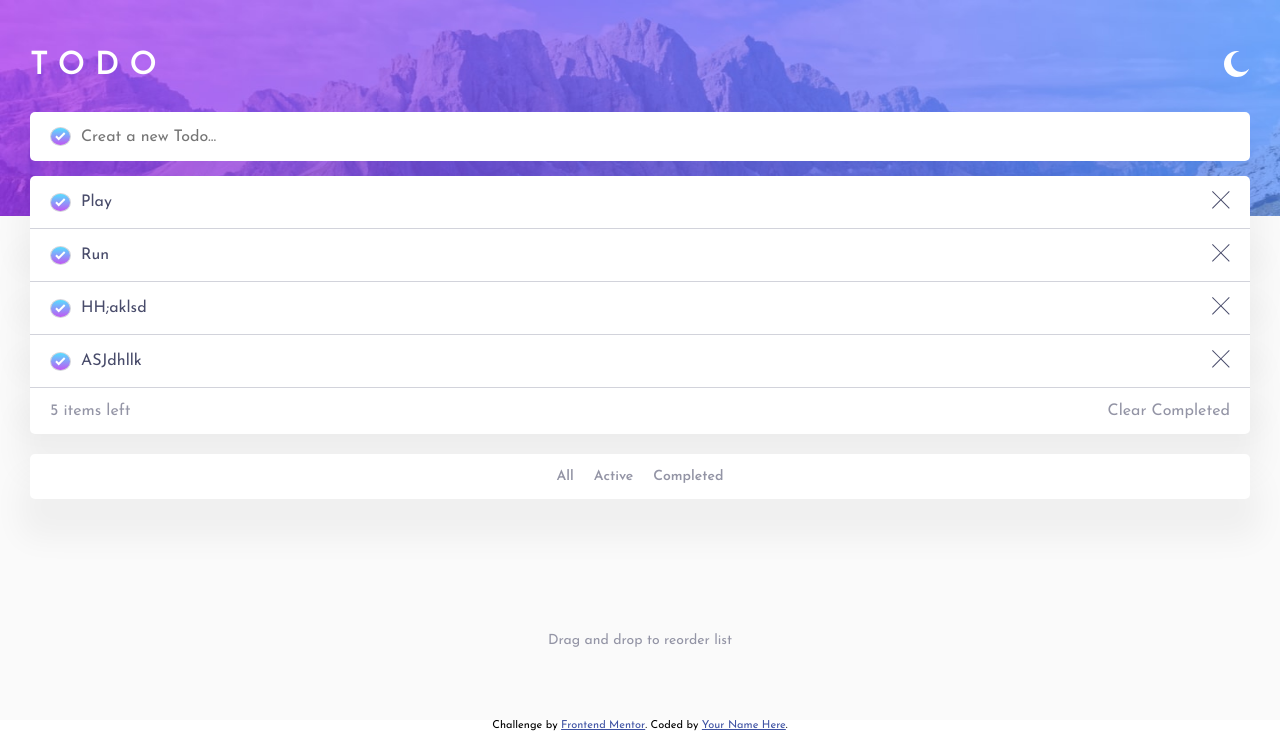
Repository: Baraajad231/Todo-app
Page: /
The author's editor kept a copy of each file at every save. The page is drawn from the files as they stood at one save, then again after the next save.
The browser window is 1280 px wide. The pictures show the whole page.
The project was rebuilt for these pictures with package versions that can differ from the ones it lists, and the page was loaded fresh each time. Also part of the build but not shown: vite.config.js.

Above is the page before, as saved 2025-12-30 13:32:53.

### index.html
<!DOCTYPE html>
<html lang="en" data-theme="light">
  <head>
    <meta charset="UTF-8" />
    <meta name="viewport" content="width=device-width, initial-scale=1.0" />
    <!-- displays site properly based on user's device -->

    <link
      rel="icon"
      type="image/png"
      sizes="32x32"
      href="./images/favicon-32x32.png"
    />

    <title>Frontend Mentor | Todo app</title>

    <!-- Feel free to remove these styles or customise in your own stylesheet 👍 -->
    <style>
      .attribution {
        font-size: 11px;
        text-align: center;
      }
      .attribution a {
        color: hsl(228, 45%, 44%);
      }
    </style>

    <link rel="preconnect" href="https://fonts.googleapis.com" />
    <link rel="preconnect" href="https://fonts.gstatic.com" crossorigin />
    <link
      href="https://fonts.googleapis.com/css2?family=Josefin+Sans:ital,wght@0,100..700;1,100..700&display=swap"
      rel="stylesheet"
    />

    <link rel="stylesheet" href="./styles/style.scss" />
  </head>
  <body>
    <div class="container">
      <picture class="background-Wrapper">
        <source
          media="(min-width:465px)"
          srcset="images/bg-desktop-light.jpg"
        />
        <img
          src="images/bg-mobile-light.jpg"
          alt="bg-mobile-light"
          class="background background-light"
        />
      </picture>

      <div class="todo">
        <div class="todo__header">
          <h1 class="todo__title">TODO</h1>
          <button class="todo__theme button">
            <img src="images/icon-moon.svg" alt="moon icon" />
          </button>
        </div>
        <ul class="todo__list">
          <li class="todo__list__row todo__list__row-input">
            <button class="checkbox button">
              <img
                src="./images/icon-check.svg"
                alt="check"
                class="checkbox__icon"
              />
            </button>
            <input
              type="text"
              placeholder="Creat a new Todo..."
              class="todo__list__input"
            />
          </li>

          <li class="todo__list__row">
            <button class="checkbox button">
              <img
                src="./images/icon-check.svg"
                alt="check"
                class="checkbox__icon"
              />
            </button>
            <span class="todo__list__task">Play</span>
            <button class="remove-btn button">
              <img src="./images/icon-cross.svg" alt="" class="remove-icon" />
            </button>
          </li>
          <li class="todo__list__row">
            <button class="checkbox button">
              <img
                src="./images/icon-check.svg"
                alt="check"
                class="checkbox__icon"
              />
            </button>
            <span class="todo__list__task">Run</span>
            <button class="remove-btn button">
              <img src="./images/icon-cross.svg" alt="" class="remove-icon" />
            </button>
          </li>
          <li class="todo__list__row">
            <button class="checkbox button">
              <img
                src="./images/icon-check.svg"
                alt="check"
                class="checkbox__icon"
              />
            </button>
            <span class="todo__list__task">HH;aklsd</span>
            <button class="remove-btn button">
              <img src="./images/icon-cross.svg" alt="" class="remove-icon" />
            </button>
          </li>
          <li class="todo__list__row">
            <button class="checkbox button">
              <img
                src="./images/icon-check.svg"
                alt="check"
                class="checkbox__icon"
              />
            </button>
            <span class="todo__list__task">ASJdhllk</span>
            <button class="remove-btn button">
              <img src="./images/icon-cross.svg" alt="" class="remove-icon" />
            </button>
          </li>
          <li class="todo__list__row todo__list__row--meta">
            <div class="todo__items-left">
              <span class="todo__items-count">5</span>
              <span class="todo__items-text">items left</span>
            </div>

            <button class="todo__list-clear button">Clear Completed</button>
          </li>

          <li class="todo__list__row todo__list__row--filter">
            <button class="todo__list-all button button-filter">All</button>
            <button class="todo__list-active button button-filter">
              Active
            </button>
            <button class="todo__list-completed button button-filter">
              Completed
            </button>
          </li>
        </ul>
      </div>
    </div>
    <p class="note">Drag and drop to reorder list</p>

    <div class="attribution">
      Challenge by
      <a href="https://www.frontendmentor.io?ref=challenge" target="_blank"
        >Frontend Mentor</a
      >. Coded by <a href="#">Your Name Here</a>.
    </div>
  </body>
</html>

### styles/style.scss
/*variables*/
:root {
  /* ===== Brand / Primary ===== */
  --color-primary: hsl(220, 98%, 61%);

  --gradient-check: linear-gradient(hsl(192, 100%, 67%), hsl(280, 87%, 65%));

  /* ===== Typography ===== */
  --font-family-base: "Josefin Sans", sans-serif;
  --font-size-base: 16px;
  --font-weight-regular: 400;
  --font-weight-bold: 700;
}

:root[data-theme="light"] {
  --color-bg: hsl(0, 0%, 98%);
  --color-surface: #ffffff;

  --color-text-primary: hsl(235, 19%, 35%);
  --color-text-secondary: hsl(236, 9%, 61%);

  --color-border: hsl(233, 11%, 84%);
  --color-completed: hsl(234, 39%, 85%);
}

:root[data-theme="dark"] {
  --color-bg: hsl(235, 21%, 11%);
  --color-surface: hsl(235, 24%, 19%);

  --color-text-primary: hsl(234, 39%, 85%);
  --color-text-secondary: hsl(236, 9%, 61%);

  --color-border: hsl(237, 14%, 26%);
  --color-muted: hsl(233, 14%, 35%);
}

/* Reset */
* {
  margin: 0;
  padding: 0;
  font: inherit;
}

*,
*::after,
*::before {
  box-sizing: border-box;
}

a {
  color: inherit;
  display: inline-block;
}

button,
[type="submit"] {
  background-color: transparent;
  border: none;
  cursor: pointer;
}

ul,
ol {
  list-style: none;
}

html {
  font-size: 62.5%;
}

body {
  font-size: 1.6rem;
  font-family: var(--font-family-base);
  color: var(--color-text-primar);
}
/* End Reset */

/*container*/
.container {
  position: relative;
  height: 100vh;
  background-color: var(--color-bg);
}
.background {
  width: 100vw;
  @media (min-width: 769px) {
    height: 30%;
  }
}

.todo {
  display: flex;
  flex-direction: column;
  gap: 3rem;
  position: absolute;
  top: 0;
  width: calc(100% - 6rem);
  margin: 5rem 3rem;

  &__header {
    display: flex;
    justify-content: space-between;
    .todo__title {
      font-size: 2.4rem;
      color: white;
      letter-spacing: 1rem;
      font-weight: 600;

      @media (min-width: 769px) {
        font-size: 3.2rem;
      }
    }
  }

  &__list {
    font-size: 1.2rem;

    @media (min-width: 769px) {
      font-size: 1.6rem;
    }

    &__row {
      background-color: var(--color-surface);
      padding: 1.5rem 2rem;
      display: flex;
      align-items: center;
      color: var(--color-text-primary);
      box-shadow: 0 3rem 3rem 1rem rgba(0, 0, 0, 0.045);
      &--completed {
        text-decoration: line-through;
        color: var(--color-completed);
      }
      &:nth-child(2) {
        border-radius: 0.5rem 0.5rem 0 0;
      }

      & .checkbox {
        border: 1px solid var(--color-border);
        border-radius: 50%;
        background: var(--gradient-check);
        margin-right: 1rem;
        display: flex;
        align-items: center;
        justify-content: center;

        &__icon {
          padding: 0.4rem;
        }
      }

      & .todo__list__task {
        margin-right: auto;
      }
      &-input {
        margin-bottom: 1.5rem;

        & .todo__list__input {
          border: none;
          background-color: transparent;

          &:focus {
            outline: none;
            caret-color: var(--color-primary);
          }
        }
      }

      &:not(&-input, &--filter, &--meta) {
        border-bottom: 1px solid var(--color-border);
      }

      &--meta {
        display: flex;
        justify-content: space-between;

        border-radius: 0 0 0.5rem 0.5rem;
      }

      &--filter {
        display: flex;
        justify-content: center;
        gap: 2rem;
        margin-top: 2rem;
        font-size: 1.4rem;
      }
      &--filter,
      &-input {
        border-radius: 0.5rem;
      }
      &--filter,
      &--meta {
        color: var(--color-text-secondary);
      }
    }
  }
}

.note {
  position: absolute;
  bottom: 10%;
  left: 50%;
  transform: translateX(-50%);
  width: max-content;
  font-size: 1.4rem;
  color: var(--color-text-secondary);
}

.button {
  color: var(--color-text-secondary);

  &:active {
    transform: scale(0.9);
    color: var(--color-text-primary);
  }

  &-filter {
    &:focus {
      color: var(--color-primary);
    }
    font-weight: 600;
  }
}

After the next save:
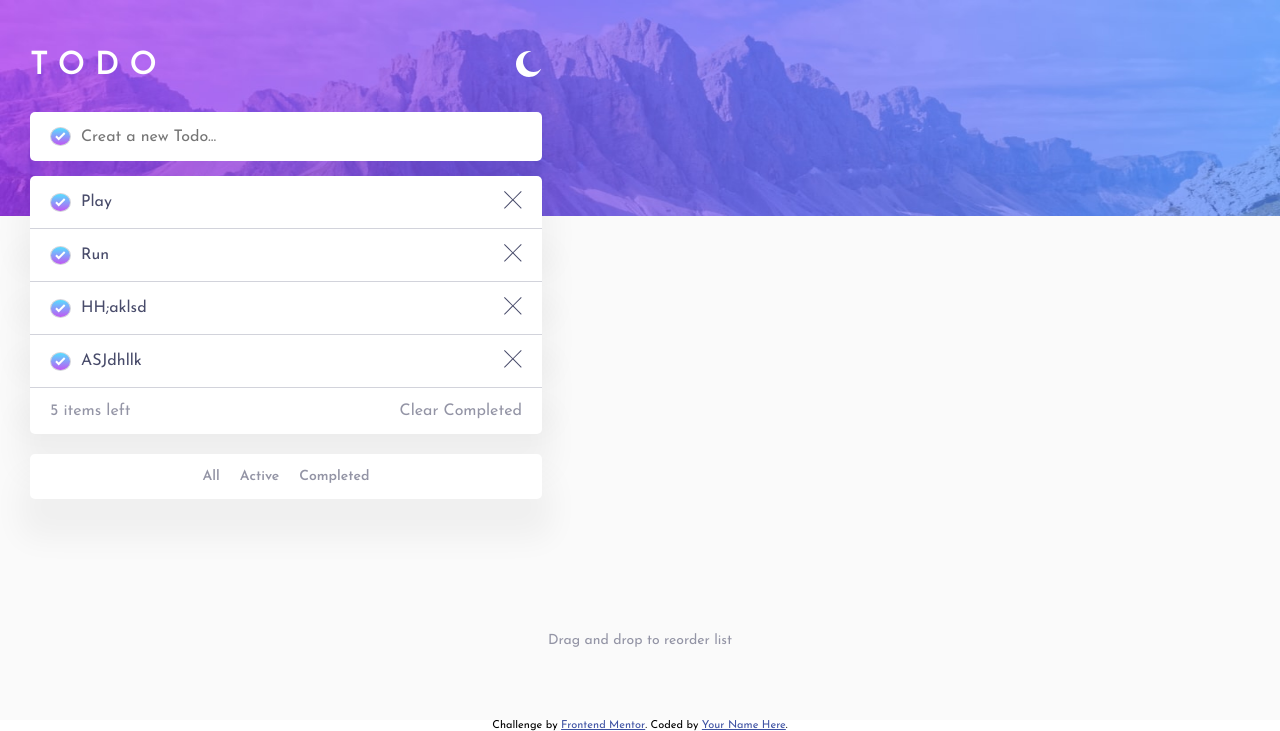
Saved 42 s later.
--- a/styles/style.scss
+++ b/styles/style.scss
@@ -96,6 +96,10 @@ body {
   top: 0;
   width: calc(100% - 6rem);
   margin: 5rem 3rem;
+
+  @media (min-width: 769px) {
+    width: 40%;
+  }
 
   &__header {
     display: flex;
